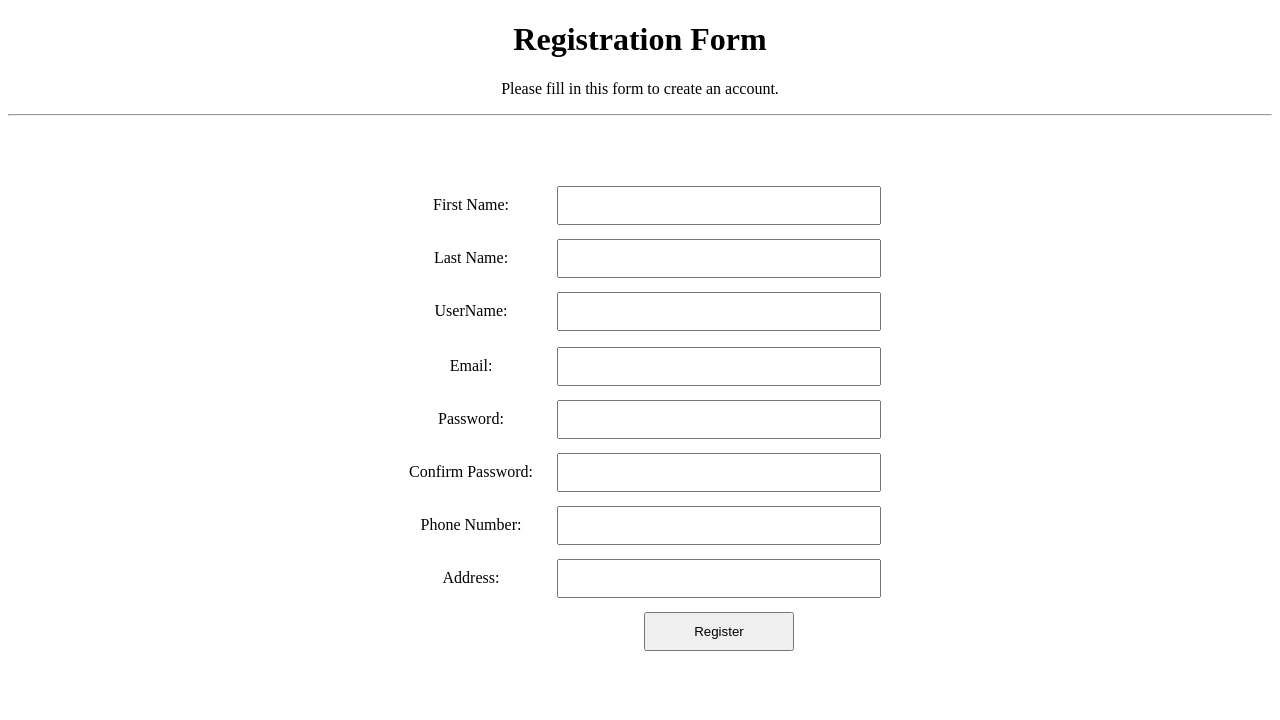
Repository: armanali13000/JAVA_CRUD
Page: http://localhost/CRUD_APP/MemberRegister.jsp
The author's editor kept a copy of each file at every save. The page is drawn from the files as they stood at one save, then again after the next save.
The browser window is 1280 px wide. The pictures show the whole page.
The page is served by Tomcat 9.

Above is the page before, as saved 2023-02-26 10:17:07.

After the next save:
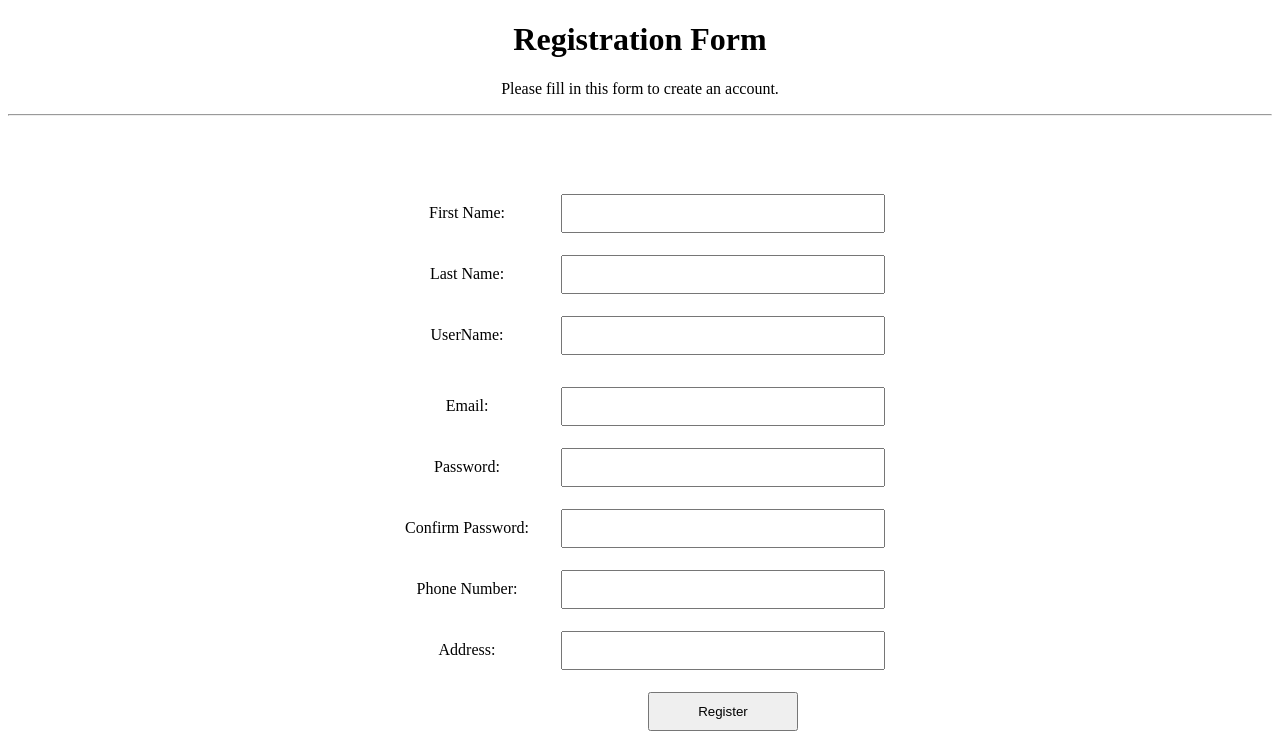
Saved 71 s later.
--- a/CRUD_APP/src/main/webapp/MemberRegister.jsp
+++ b/CRUD_APP/src/main/webapp/MemberRegister.jsp
@@ -30,7 +30,7 @@
 	<h1>Registration Form</h1>
     <p>Please fill in this form to create an account.</p>
     <hr><br><br><br>
-    <table align="center">
+    <table align="center" cellspacing="10px">
 			<tr>
 					<td><label>First Name:</label></td>
 					<td><input id="input" type="text"></input></td>
